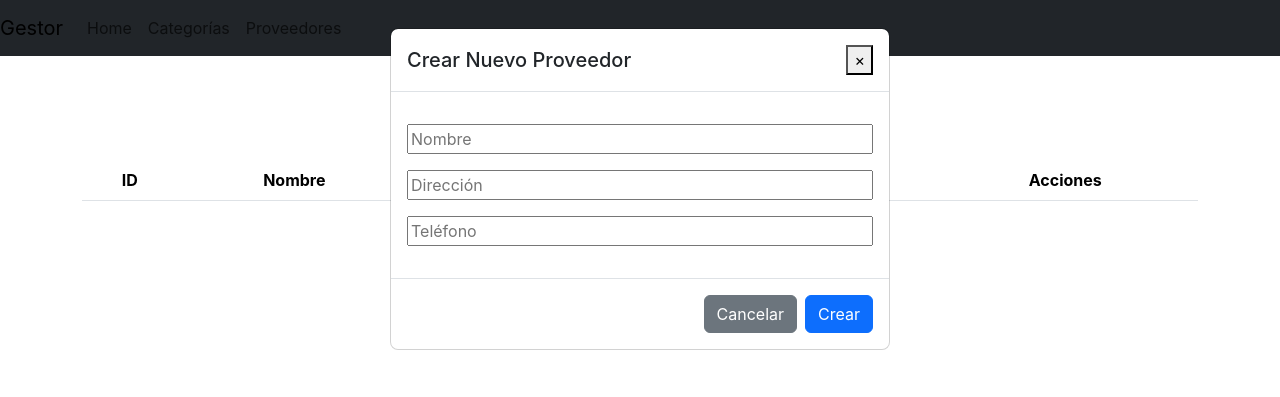
Repository: SantiagoGuaman/gestor-app
Page: /providers, after clicking the first element matching `button`
These files come from the project's save history. The page is drawn as it stood at one moment and after a run of saves; the edit follows.
The browser window is 1280 px wide. The pictures show the whole page.
The page's requests for data from a server got no answer. The project was rebuilt for these pictures with package versions that can differ from the ones it lists, and the page was loaded fresh each time. No one was signed in, and anything a server would have sent is missing. Also part of the build but not shown: src/App.css, src/Categories/GetDataCategories.js, src/HomePage/HomePage.js.

Above is the page before, as saved 2024-02-14 11:38:58.

After the next 2 saves:
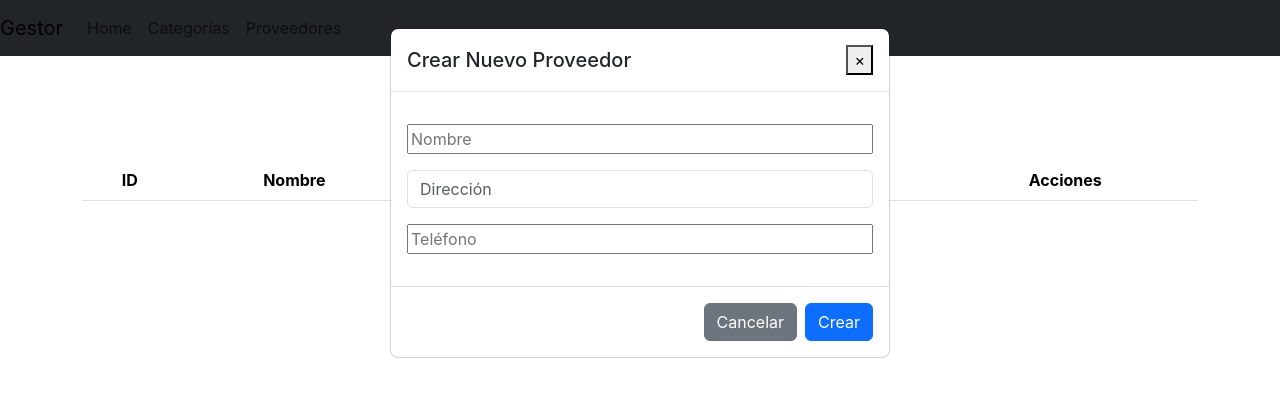
The 2 saves are shown as one change because they came seconds apart.
The last was saved 39 s later.
--- a/src/Proveedores/GetDataProviders.js
+++ b/src/Proveedores/GetDataProviders.js
@@ -156,7 +156,7 @@ function GetDataProviders() {
                                     value={newProveedor.nombre}
                                     onChange={(e) => setNewProveedor({ ...newProveedor, nombre: e.target.value })}
                                 />
-                                <input className='mt-3'
+                                <input className='form-control mt-3'
                                     type="text"
                                     placeholder="Dirección"
                                     value={newProveedor.direccion}
